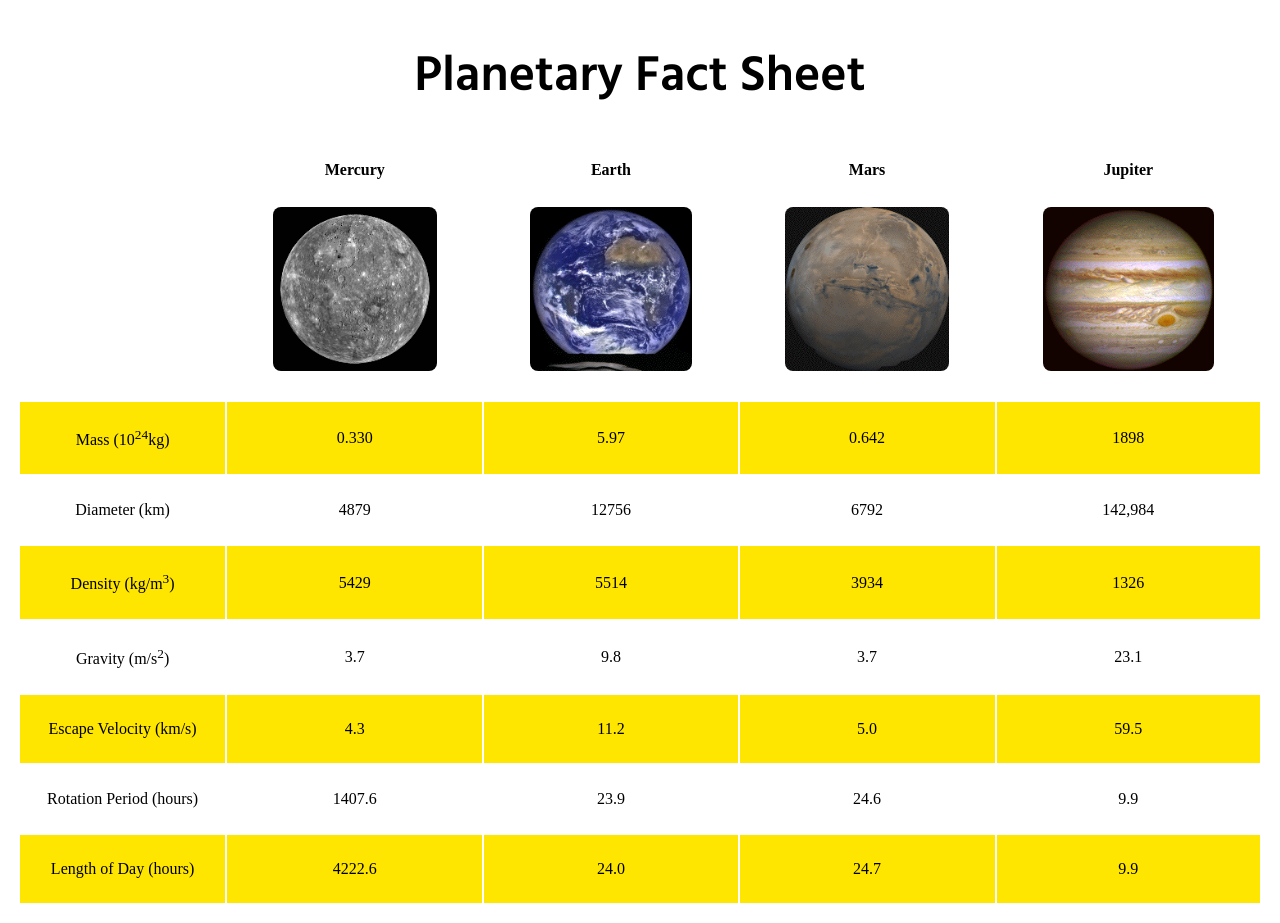
Repository: rishondass/ITMD361-Lab5
Page: index.html
An editor plug-in stored every save of this project. The page is shown before and after the next save, followed by the edit.
The browser window is 1280 px wide. The pictures show the whole page.

Above is the page before, as saved 2023-02-22 19:27:38.

After the next save:
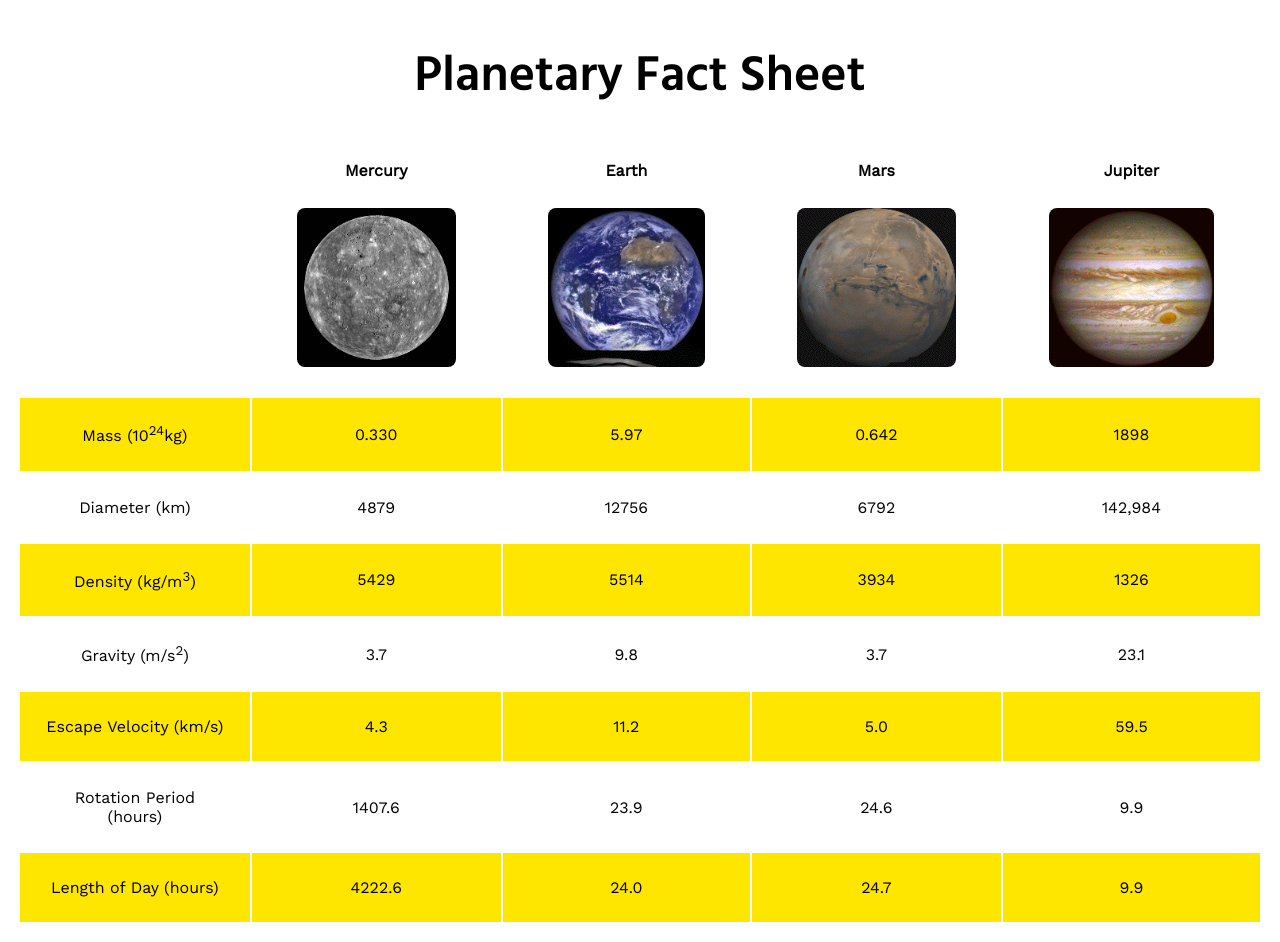
Saved 41 s later.
--- a/css/style.css
+++ b/css/style.css
@@ -11,7 +11,7 @@
   /* background-color: aqua; */
   width: 100%;
   text-align: center;
-  /* height: 80vh; */
+  font-family: 'Work Sans', sans-serif;
 }
 
 #planets tr td{
